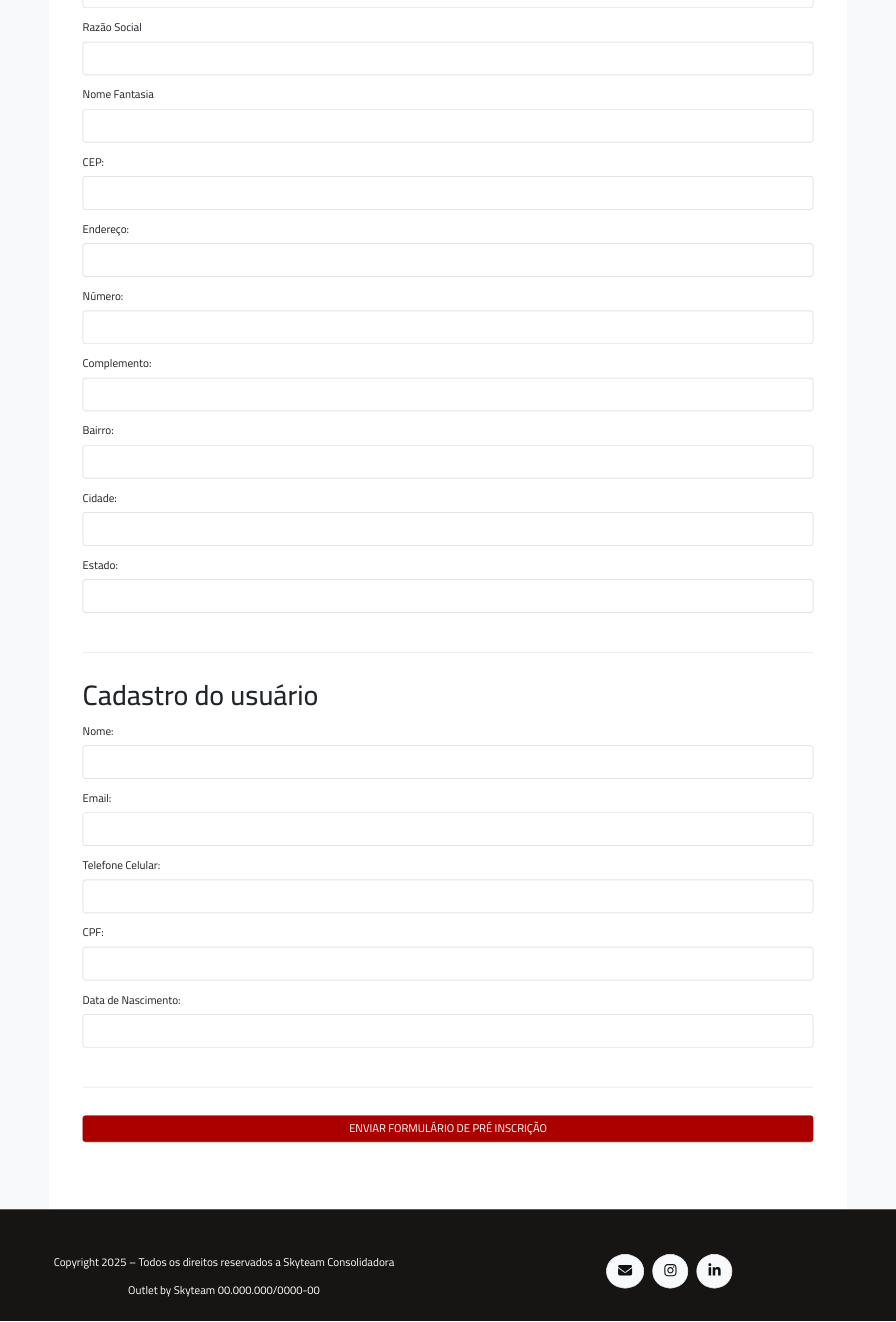
Repository: SkyTeam-Dev/Outlet_Site
Page: Site/Template_Page.html
The author's editor kept a copy of each file at every save. The page is drawn from the files as they stood at one save, then again after the next save.
The browser window is 1280 px wide. The pictures show the part of the page from y = 791 to 2711 px (the page is 2679 px tall before and 2711 px after), at 70% of full size.
Some web libraries are served in a nearby version.

Above is the page before, as saved 2025-03-25 19:17:42.

After the next save:
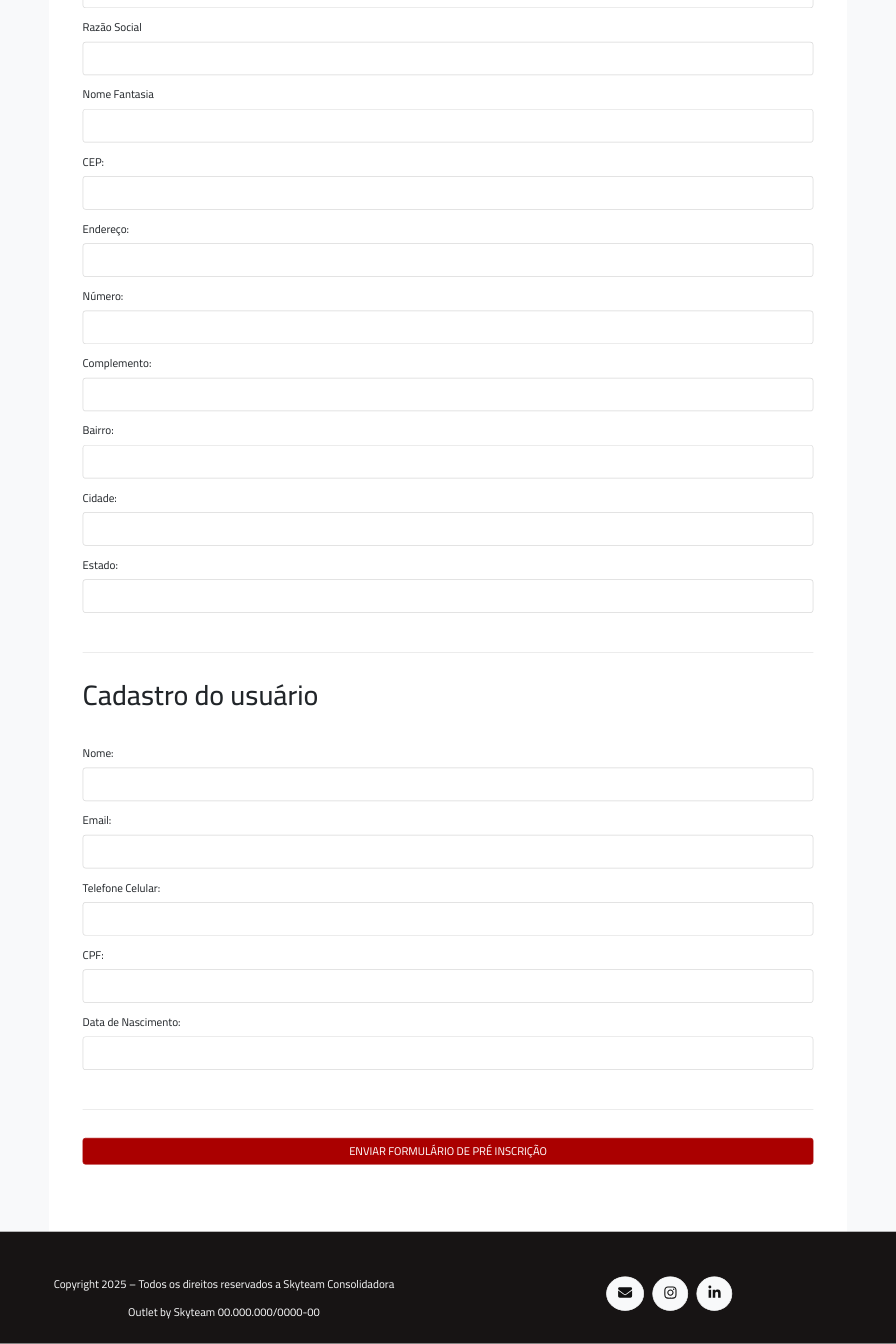
Saved 11 s later.
--- a/Site/Template_Page.html
+++ b/Site/Template_Page.html
@@ -329,7 +329,7 @@
                                 <br/>
                                 <hr />
                                 <br/>
-                                <h1 class="mb-3">Cadastro do usuário</h1>
+                                <h1 class="mb-5">Cadastro do usuário</h1>
 
                                 <div class="form-group">
                                     <label>Nome:</label>
